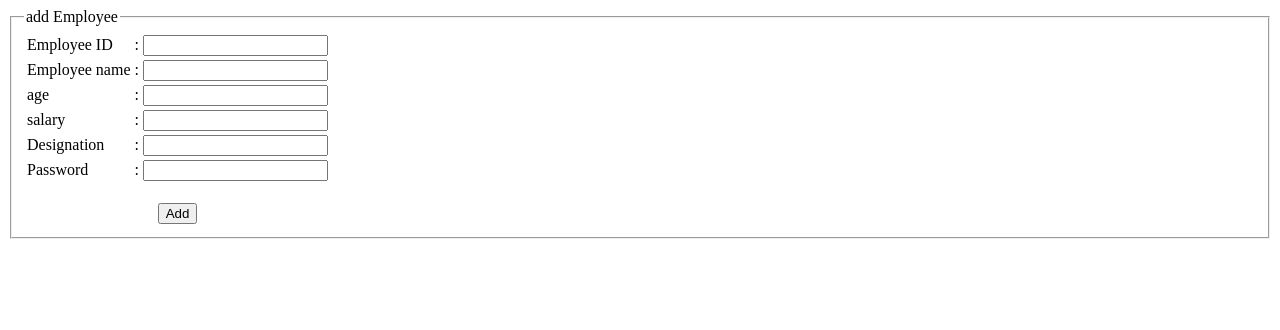
Repository: MamathaManchala/TY_CG_HTD_BangloreNovember_JFS_MamathaManchala
Page: http://localhost/mywebapp/addEmp.jsp
The author's editor kept a copy of each file at every save. The page is drawn from the files as they stood at one save, then again after the next save.
The browser window is 1280 px wide. The pictures show the whole page.
The page is served by Tomcat 9.

Above is the page before, as saved 2019-12-18 07:10:45.

After the next save:
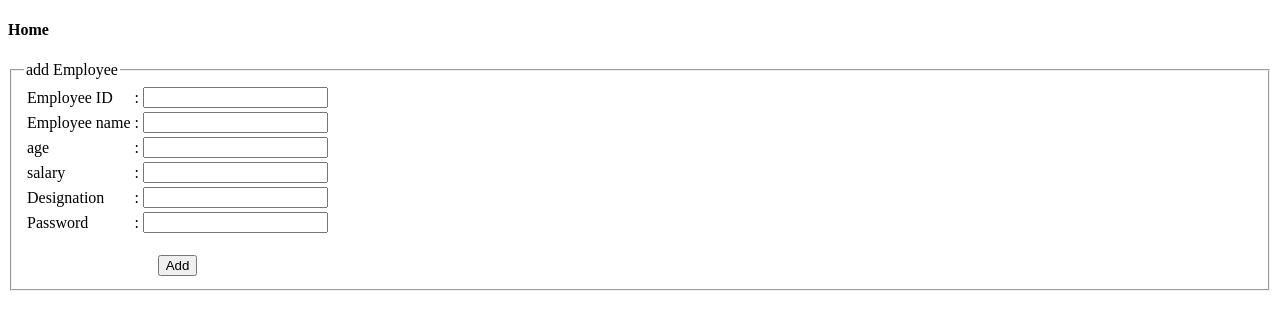
Saved 28 s later.
--- a/BackEnd/servelets/mywebapp/src/main/webapp/addEmp.jsp
+++ b/BackEnd/servelets/mywebapp/src/main/webapp/addEmp.jsp
@@ -13,6 +13,7 @@
 </head>
 <body>
 
+<h4 href="./home">Home</h4>
 
 
 	<fieldset>
